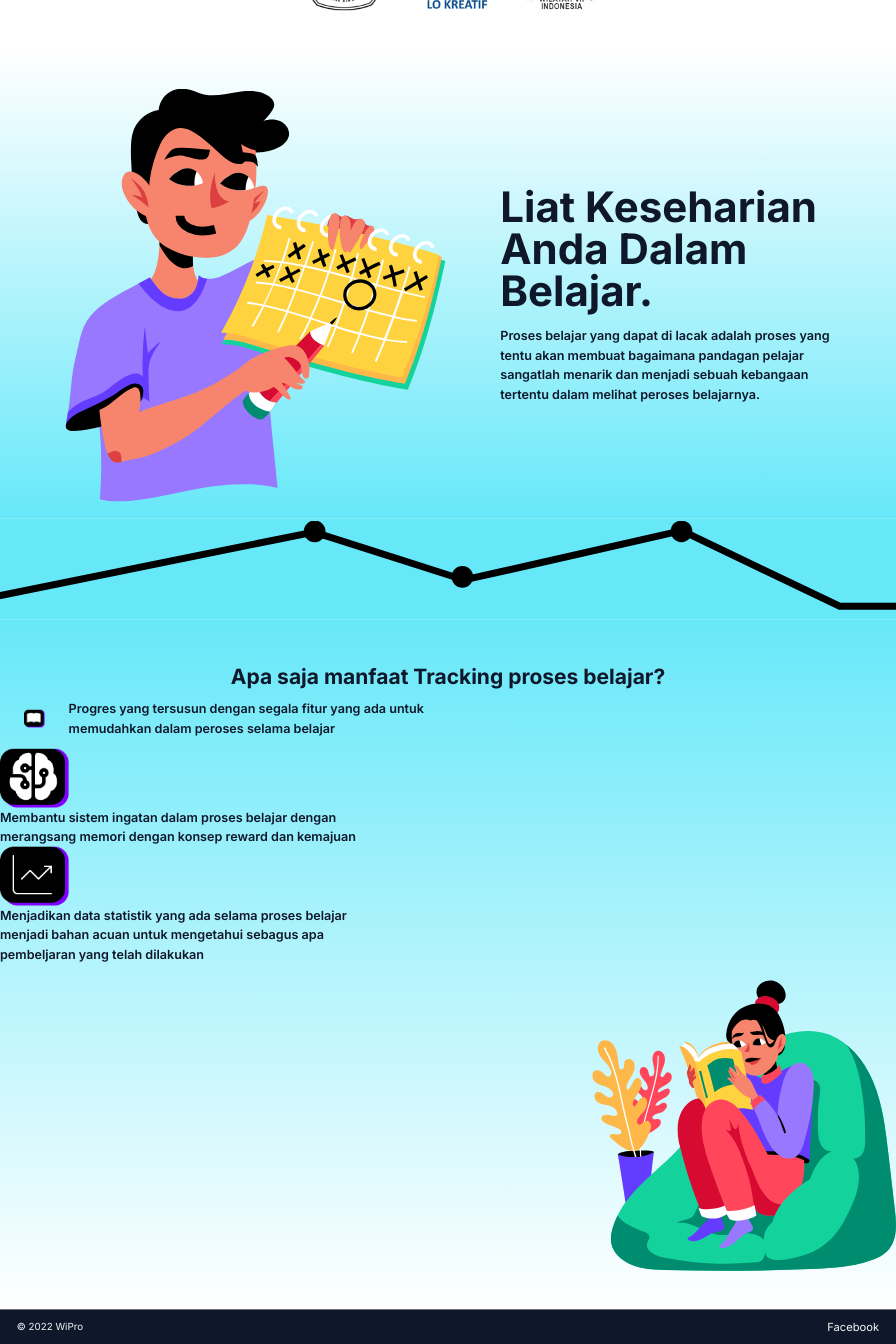
Repository: Fabian21-dum/amba-ajar
Page: / (app in frontend/)
These files come from the project's save history. The page is drawn as it stood at one moment and after the next save; the edit follows.
The browser window is 1280 px wide. The pictures show the part of the page from y = 1042 to 2962 px (the page is 2962 px tall before and 2387 px after), at 70% of full size.
The project was rebuilt for these pictures with package versions that can differ from the ones it lists, and the page was loaded fresh each time. Also part of the build but not shown: frontend/vite.config.js, frontend/src/components/Input.jsx, frontend/src/pages/LoginPage.jsx, frontend/src/pages/NotFoundPage.jsx, frontend/src/pages/RegisterPage.jsx, frontend/src/contexts/GlobalContext.jsx, frontend/src/components/ChartBar.jsx, frontend/src/components/Jam.jsx and 18 more. Imported but missing from the stored project, and not drawn on this page: frontend/src/assets/Sound/alarm.wav.

Above is the page before, as saved 2022-11-15 00:51:16.

### frontend/index.html
<!DOCTYPE html>
<html lang="en">
  <head>
    <meta charset="UTF-8" />
    <link rel="icon" type="image/svg+xml" href="/vite.svg" />
    <meta name="viewport" content="width=device-width, initial-scale=1.0" />
    <link rel="preconnect" href="https://fonts.googleapis.com" />
    <link rel="preconnect" href="https://fonts.gstatic.com" crossorigin />
    <link href="https://fonts.googleapis.com/css2?family=Inter:wght@400;600;700;800&display=swap" rel="stylesheet" />
    <title>AmbaAjar</title>
  </head>
  <body>
    <div id="root"></div>
    <script type="module" src="/src/main.jsx"></script>
  </body>
</html>

### frontend/src/main.jsx
import React from 'react';
import { createRoot } from 'react-dom/client';
import App from './App';
import './styles/index.css';

createRoot(document.getElementById('root')).render(
  <React.StrictMode>
    <App />
  </React.StrictMode>
);

### frontend/src/App.jsx
import React from 'react';
import { BrowserRouter, Route, Routes } from 'react-router-dom';
import { HomePage, NotFoundPage, LoginPage, RegisterPage, DashboardPage, DashTodo, AddTodo, EditTodo, DashJad, AddJad, EditJad } from './pages/index';
import DashboardLayout from './layouts/DashboardLayout';


function App() {
  return (
    <BrowserRouter>
      <Routes>
        <Route path='/' element={<HomePage />} />
        {/* <Route path='/dashboard' element={<DashboardPage />}> */}
        {/* <Route path='/profile' element-{<DashboardProfilePage/>} /> */}
        {/* </Route> */}
        <Route path='/login' element={<LoginPage />} />
        <Route path='/register' element={<RegisterPage />} />

        {/* <Route path="/register" element={<RegisterPage />} /> */}
        <Route path='/dashboard' element={<DashboardLayout />}>
          <Route path='/dashboard' element={<DashboardPage />} />
          <Route path='Settings' element={<h1>hallo ini Settings</h1>} />
          <Route path='Create' element={<h1>hallo ini Create</h1>} />
          <Route path='Todo' element={<DashTodo />} />
          <Route path='AddTodo' element={<AddTodo />} />
          <Route path='EditTodo' element={<EditTodo />} />
          <Route path='DashJad' element={<DashJad />} />
          <Route path='AddJad' element={<AddJad />} />
          <Route path='EditJad' element={<EditJad />} />


        </Route>
        <Route path='*' element={<NotFoundPage />} />
      </Routes>
    </BrowserRouter>
  );
}

export default App;

### frontend/src/pages/index.jsx
import LoginPage from './LoginPage';
import HomePage from './HomePage';
import NotFoundPage from './NotFoundPage';
import RegisterPage from './RegisterPage';
import DashboardPage from './Dashboard-Page/DashboardPage';
import DashTodo from './DashTodo';
import AddTodo from './AddTodo';
import EditTodo from './EditTodo';
import DashJad from './jadwal/DashJad';
import AddJad from './jadwal/AddJad';
import EditJad from './jadwal/EditJad';
export { LoginPage, HomePage, NotFoundPage, DashboardPage, RegisterPage, DashTodo, AddTodo, EditTodo, DashJad, AddJad, EditJad };

### frontend/src/pages/HomePage.jsx
import React from 'react';
import HomeLayout from '../layouts/HomeLayout';
import HeroImage from '../assets/image/Hero.svg';
import { Link } from 'react-router-dom';
import Button from '../components/Button';
import LogoSTMIKWICIDA from '../assets/image/Logo_STMIK_WICIDA.png';
import LogoLOKreatif from '../assets/image/Logo_LO_KREATIF.png';
import LogoAptisi from '../assets/image/Logo_APTISI.png';
import VectorImage1 from '../assets/image/Vector1.svg';
import VectorImage2 from '../assets/image/Vector2.svg';
import HomeBook  from '../assets/icons/Group 3.png';
import Brain  from '../assets/icons/Group 4.png';
import Chart  from '../assets/icons/Group 5.png';



export default function HomePage() {
  return (
    <HomeLayout>
      <header className='h-[900px] bg-gradient-to-b from-cyan-300 px-4 pt-16 sm:h-[800px]'>
        <div className='container  flex flex-col-reverse lg:flex-row lg:items-center lg:justify-between'>
          <div className='w-full md:max-w-md lg:w-1/2'>
            <h2 className='py-5 text-5xl font-bold lg:text-6xl'>Tracking Belajar mu! Bersama Kami</h2>
            <p className='pb-5 font-semibold md:text-lg'>
              Belajar mudah dengan adanya fitur - fitur yang dapat membantu-mu memahami bagaimana progress belajar mu
              selama ini
            </p>
            <Link to='/login'>
              <Button>Get Started</Button>
            </Link>
          </div>
          <div className='pt-10 xl:w-1/2'>
            <img className='w-35 mx-auto w-64 lg:h-[564px] lg:w-auto' src={HeroImage} alt='hero-img' />
          </div>
        </div>
      </header>
      {/* partnership section */}
      <section className=' my-14'>
        <h1 className='my-8 text-center text-4xl font-bold'>Partnership</h1>
        <div className='flex justify-center gap-x-10 lg:gap-x-12'>
          <img className='h-[68px] sm:h-24 lg:h-32' src={LogoSTMIKWICIDA} alt='Logo STMIK WICIDA' />
          <img className='h-[68px] sm:h-24 lg:h-32' src={LogoLOKreatif} alt='Logo STMIK WICIDA' />
          <img className='h-[68px] sm:h-24 lg:h-32' src={LogoAptisi} alt='Logo STMIK WICIDA' />
        </div>
      </section>
      <section className='bg bg-gradient-to-t from-cyan-300 px-4 pt-14 pb-6'>
        <div className='container flex flex-col items-center justify-evenly lg:flex-row'>
          <div className='w-full lg:w-1/2'>
            <img className='mx-auto w-96 lg:w-auto' src={VectorImage1} alt='vector-1' />
          </div>
          <div className='py-5 lg:w-1/2 lg:max-w-lg'>
            <h2 className='pb-5 text-4xl font-bold md:text-5xl lg:text-6xl'>Liat Keseharian Anda Dalam Belajar.</h2>
            <p className='font-semibold md:text-lg'>
              Proses belajar yang dapat di lacak adalah proses yang tentu akan membuat bagaimana pandagan pelajar
              sangatlah menarik dan menjadi sebuah kebangaan tertentu dalam melihat peroses belajarnya.
            </p>
          </div>
        </div>
      </section>
      <section className='h-36 bg-cyan-300 bg-zigzag bg-center bg-repeat-x py-4'></section>
      <section className='bg-gradient-to-b from-cyan-300 py-8'>
        <div className='container'>
          <h1 className='pt-8 text-center text-3xl font-bold'>Apa saja manfaat Tracking proses belajar? </h1>
          <div className='container flex flex-col items-center justify-start  lg:flex-row'>
          <div className='scale-[0.3]'>
            <img className='lg:w-auto'  src={HomeBook} alt='home' />
          </div>
          <div className='lg:max-w-lg'>
            <h2 className='font-semibold md:text-lg'>
            Progres yang tersusun dengan segala fitur yang ada untuk memudahkan dalam peroses selama belajar
            </h2>
          </div>
        </div>
        <div className=''>
            <img className='lg:w-auto'  src={Brain} alt='home' />
          </div>
          <div className='w-au lg:max-w-lg'>
            <h2 className='font-semibold md:text-lg'>
            Membantu sistem ingatan dalam proses belajar dengan merangsang memori dengan konsep reward dan kemajuan            </h2>
          </div>
          <div className=''>
            <img className='lg:w-auto'  src={Chart} alt='home' />
          </div>
          <div className='w-au lg:max-w-lg'>
            <h2 className='font-semibold md:text-lg'>
            Menjadikan data statistik yang ada selama proses belajar menjadi bahan acuan untuk mengetahui sebagus apa pembeljaran yang telah dilakukan            </h2>
          </div>
          <div className='align-center flex'>
            <div className='w-2/3'></div>
            <div className='w-5/3'>
              <img src={VectorImage2} alt='' />
            </div>
          </div>
        </div>
      </section>
    </HomeLayout>
  );
}

### frontend/src/layouts/RootLayout.jsx
import React from 'react';
import PropTypes from 'prop-types';
import { AuthProvider } from '../contexts/AuthContext';

export default function RootLayout({ children }) {
  return (
    <div className='app'>
      <AuthProvider>
        <main className='font-sans leading-relaxed text-slate-900'>{children}</main>
      </AuthProvider>
    </div>
  );
}

RootLayout.propTypes = {
  children: PropTypes.node.isRequired,
};

### frontend/src/layouts/HomeLayout.jsx
import React from 'react';
import PropTypes from 'prop-types';
import RootLayout from './RootLayout';
import Navbar from '../components/Navbar';
import Footer from '../components/Footer';

export default function HomeLayout({ children }) {
  return (
    <RootLayout>
      <Navbar />
      {children}
      <Footer />
    </RootLayout>
  );
}

HomeLayout.propTypes = {
  children: PropTypes.node.isRequired,
};

### frontend/src/components/Button.jsx
import React from 'react';
import PropTypes from 'prop-types';

export default function Button({ children }) {
  return (
    <button
      className='relative z-10 rounded-xl bg-slate-900 px-7 py-4
      text-lg font-semibold text-slate-100 shadow-button hover:shadow-button-hover'
    >
      {children}
    </button>
  );
}

Button.propTypes = {
  children: PropTypes.node.isRequired,
};

### frontend/src/contexts/AuthContext.jsx
import React, { createContext, useState } from 'react';
import PropTypes from 'prop-types';

const AuthContext = createContext();

const AuthProvider = ({ children }) => {
  const [user, setUser] = useState(null);

  const login = (data) => {
    setUser(data);
  };

  const logout = () => {
    setUser(null);
  };

  return <AuthContext.Provider value={{ user, login, logout }}>{children}</AuthContext.Provider>;
};

AuthProvider.propTypes = {
  children: PropTypes.node.isRequired,
};

export { AuthContext, AuthProvider };

### frontend/src/components/Footer.jsx
import React from 'react';

export default function Footer() {
  return (
    <footer className='bg-slate-900 text-slate-100'>
      <div className='container mx-auto px-6 py-3'>
        <div className='flex flex-wrap items-center justify-between'>
          <div className='w-full text-center md:w-1/4 md:text-left'>
            <p className='text-sm text-slate-100'>
              © 2022{' '}
              <a href='#' className='text-slate-100 hover:text-slate-200'>
                WiPro
              </a>
            </p>
          </div>
          <div className='w-full text-center md:w-1/4 md:text-right'>
            <a href='#' className='text-slate-100 hover:text-slate-200'>
              Facebook
            </a>
          </div>
        </div>
      </div>
    </footer>
  );
}

### frontend/src/components/Navbar.jsx
import React from 'react';
import { Link } from 'react-router-dom';

// eslint-disable-next-line no-unused-vars, react/prop-types
export default function Navbar() {
  return (
    <nav className='container absolute right-0 top-0 left-0 flex justify-between px-4 py-8'>
      <div>
        <Link className='text-2xl font-bold' to='/'>
          LOGOS
        </Link>
      </div>
      <div className='space-x-5'>
        <Link className='font-bold' to='/register'>
          Register
        </Link>
        <Link
          className='rounded-full border-2 border-slate-900 px-7 py-3 font-semibold
               text-slate-900 hover:bg-slate-900 hover:text-slate-50'
          to='/login'
        >
          Log In
        </Link>
      </div>
    </nav>
  );
}

### frontend/tailwind.config.cjs
/** @type {import('tailwindcss').Config} */
module.exports = {
  content: ['src/**/*.{js,jsx}'],
  theme: {
    extend: {
      container: {
        center: true,
      },
      backgroundImage: {
        zigzag: "url('/src/assets/image/zigzag.svg')",
      },
      boxShadow: {
        button: '6px 6px 0 0px #7c3aed',
        'button-hover': '4px 4px 0 0px #7c3aed',
      },
      fontFamily: {
        sans: ['Inter', 'sans-serif'],
      },
    },
  },
  plugins: [],
};

Loaded but not shown: frontend/src/styles/index.css (common file); frontend/src/pages/DashTodo.jsx (191 lines, source omitted)

After the next save:
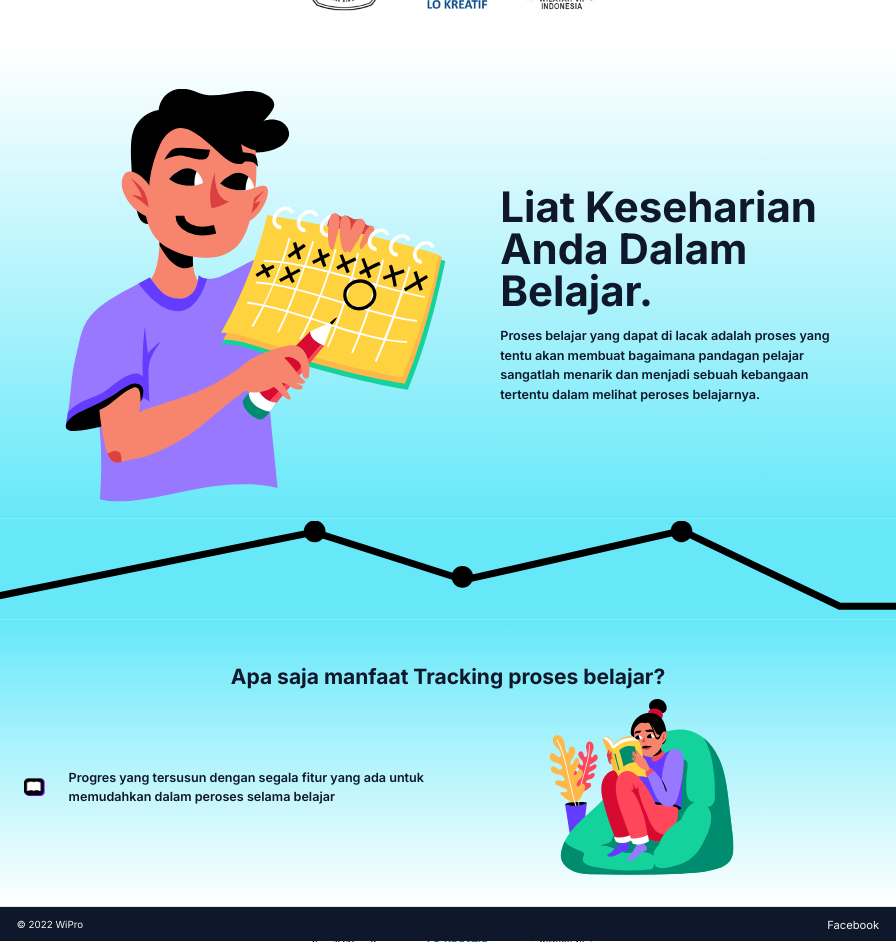
Saved 13 s later.
--- a/frontend/src/pages/HomePage.jsx
+++ b/frontend/src/pages/HomePage.jsx
@@ -70,27 +70,14 @@
             Progres yang tersusun dengan segala fitur yang ada untuk memudahkan dalam peroses selama belajar
             </h2>
           </div>
-        </div>
-        <div className=''>
-            <img className='lg:w-auto'  src={Brain} alt='home' />
-          </div>
-          <div className='w-au lg:max-w-lg'>
-            <h2 className='font-semibold md:text-lg'>
-            Membantu sistem ingatan dalam proses belajar dengan merangsang memori dengan konsep reward dan kemajuan            </h2>
-          </div>
-          <div className=''>
-            <img className='lg:w-auto'  src={Chart} alt='home' />
-          </div>
-          <div className='w-au lg:max-w-lg'>
-            <h2 className='font-semibold md:text-lg'>
-            Menjadikan data statistik yang ada selama proses belajar menjadi bahan acuan untuk mengetahui sebagus apa pembeljaran yang telah dilakukan            </h2>
-          </div>
+
           <div className='align-center flex'>
             <div className='w-2/3'></div>
             <div className='w-5/3'>
               <img src={VectorImage2} alt='' />
             </div>
           </div>
+          </div>
         </div>
       </section>
     </HomeLayout>
